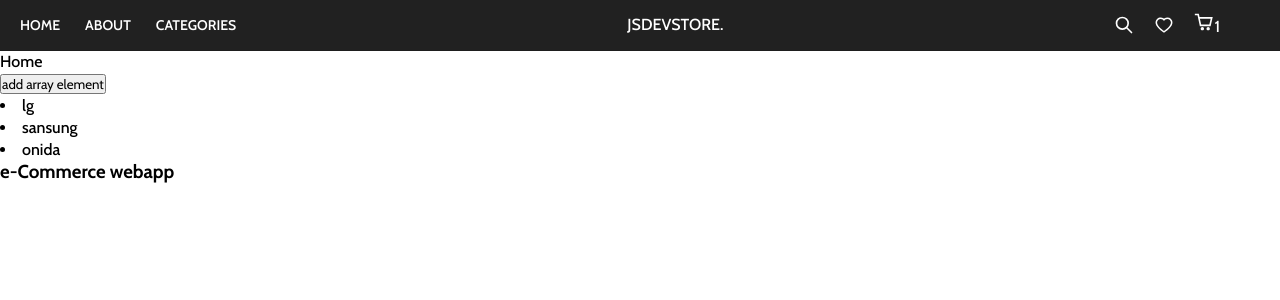
Repository: suraj-yadav7/ecommerce
Page: /
These files come from the project's save history. The page is drawn as it stood at one moment and after the next save; the edit follows.
The browser window is 1280 px wide. The pictures show the whole page.
The project was rebuilt for these pictures with package versions that can differ from the ones it lists, and the page was loaded fresh each time. Also part of the build but not shown: src/components/Home/Home.scss, src/components/Category/Category.scss, src/components/Category/Category.jsx, src/components/SingleProduct/SingleProduct.scss, src/components/SingleProduct/SingleProduct.jsx, src/App.scss, src/components/Header/Search/Search.scss, src/components/Header/Search/Search.jsx and 2 more.

Above is the page before, as saved 2023-06-13 15:12:10.

### src/index.jsx
import React from 'react';
import ReactDOM from 'react-dom/client';
import './index.scss';
import App from './App';
import { Provider } from 'react-redux';
import store from './store/store';

const root = ReactDOM.createRoot(document.getElementById('root'));
root.render(
<Provider store={store}>
    <App />
</Provider>
);

### src/App.jsx
import React from 'react';
import { BrowserRouter as Router, Routes, Route } from 'react-router-dom';
import Home from "./components/Home/Home"
import Category from "./components/Category/Category"
import SingleProduct from "./components/SingleProduct/SingleProduct"
import './App.scss';
import Header from './components/Header/Header';

function App() {
  return (
   <>
   <Router>
    <Header/>
    <Routes>
        <Route exact path="/" element={<Home/>} />
        <Route exact path="/category/:id" element={<Category/>} />
        <Route exact path="/product/:id" element={<SingleProduct/>} />
    </Routes>
   </Router>
   <h3>e-Commerce webapp</h3>

   </>
  );
}

export default App;

### src/store/store.jsx
import { configureStore } from "@reduxjs/toolkit";
import productSlice from "./slices/productSlice";


const store = configureStore({
    reducer:{
        product:productSlice
    }
})

export default store;

### src/components/Home/Home.jsx
import { useDispatch, useSelector } from "react-redux";
import "./Home.scss";
import { addElement } from "../../store/slices/productSlice";


const Home = () => {
    const dispatch = useDispatch()
    const data = useSelector((state)=> state.product.data)
    return(
     <>
     <div>Home</div>
     <button onClick={()=>dispatch(addElement("sonyBravia"))}>add array element</button>
        <div className="list">
     {

        data.map((elem,index)=>(
            <li key={index}>{elem}</li>
        ))

    }
        </div>
     </>


    )
};

export default Home;

### src/components/Header/Header.jsx
import "./Header.scss";
import Search from "./Search/Search"
import Cart from "../Cart/Cart"
import { TbSearch } from "react-icons/tb"
import { CgShoppingCart } from "react-icons/cg"
import { AiOutlineHeart } from "react-icons/ai"
import "./Header.scss"

const Header = () => {
    return (
        <>
            <header className="main-header">
                <div className="header-content">
                    <ul className="left" >
                        <li>Home</li>
                        <li>About</li>
                        <li> Categories</li>
                    </ul>
                    <div className="center"> JSDEVSTORE.</div>
                    <div className="right">
                        <TbSearch />
                        <AiOutlineHeart />
                        <span className="cart-icon">
                            <CgShoppingCart />1
                        </span>
                    </div>
                </div >
            </header >
        </>
    )
};

export default Header;

### src/store/slices/productSlice.jsx
import { createSlice } from "@reduxjs/toolkit";

const productSlice = createSlice({
    name:"productSlice",
    initialState:{
        data:["lg", "sansung", "onida"],
        loading:false,
        error:null
    },

    reducers:{
        addElement:(state, action)=>{
            state.data.push(action.payload)
        },

    },

    extraReducers:{

    }


})

export default productSlice.reducer

export const {addElement}= productSlice.actions;

### src/components/Header/Header.scss
@import "../../css-config/mixins.scss";

.main-header {
    width: 100%;
    padding: 0 20px;
    background-color:#212121;
    color: white;
    border-bottom: 1px solid rgba(0, 0, 0, 0.1);
    z-index: 99;
    .header-content {
    display: flex;
    justify-content: space-between;
    align-items: center;
    height: 50px;
    max-width: 1200px;
    .left {
        list-style-type: none;
        display: flex;
        gap: 25px;
        li{
            font-size: 14px;
            font-weight: 600;
            text-transform: uppercase;
            cursor: pointer;
        }
    }
    •center {
        font-size: 22px;
        font-weight: 700;
        cursor: pointer;
    }
    .right {
        display: flex;
        align-items: center;
        gap: 20px;
        svg{
            font-size: 20px;
            cursor: pointer;
        }
        .cart-icon{
            position: relative;
            span{
                min-width: 20px;
                text-align: center;
                background-color: #8e2de2;
                padding: 2.5px;
                position: absolute;
                top: -5px;
                right: -12px;
                font-size: 12px;
                line-height: 1;
                border-radius: 10px;

            }
        }
    }

    }
}

Loaded but not shown: public/index.html (common file); src/index.scss (common file); src/css-config/mixins.scss (common file)

After the next save:
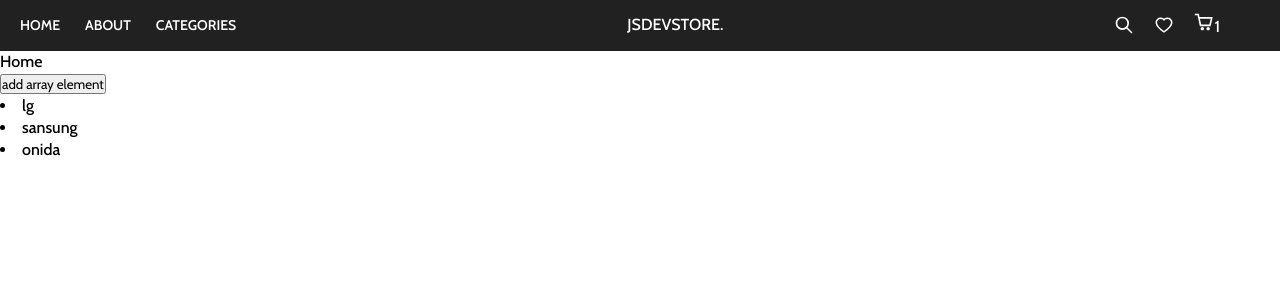
Saved 2 days later.
--- a/src/App.jsx
+++ b/src/App.jsx
@@ -17,7 +17,6 @@
         <Route exact path="/product/:id" element={<SingleProduct/>} />
     </Routes>
    </Router>
-   <h3>e-Commerce webapp</h3>
 
    </>
   );
